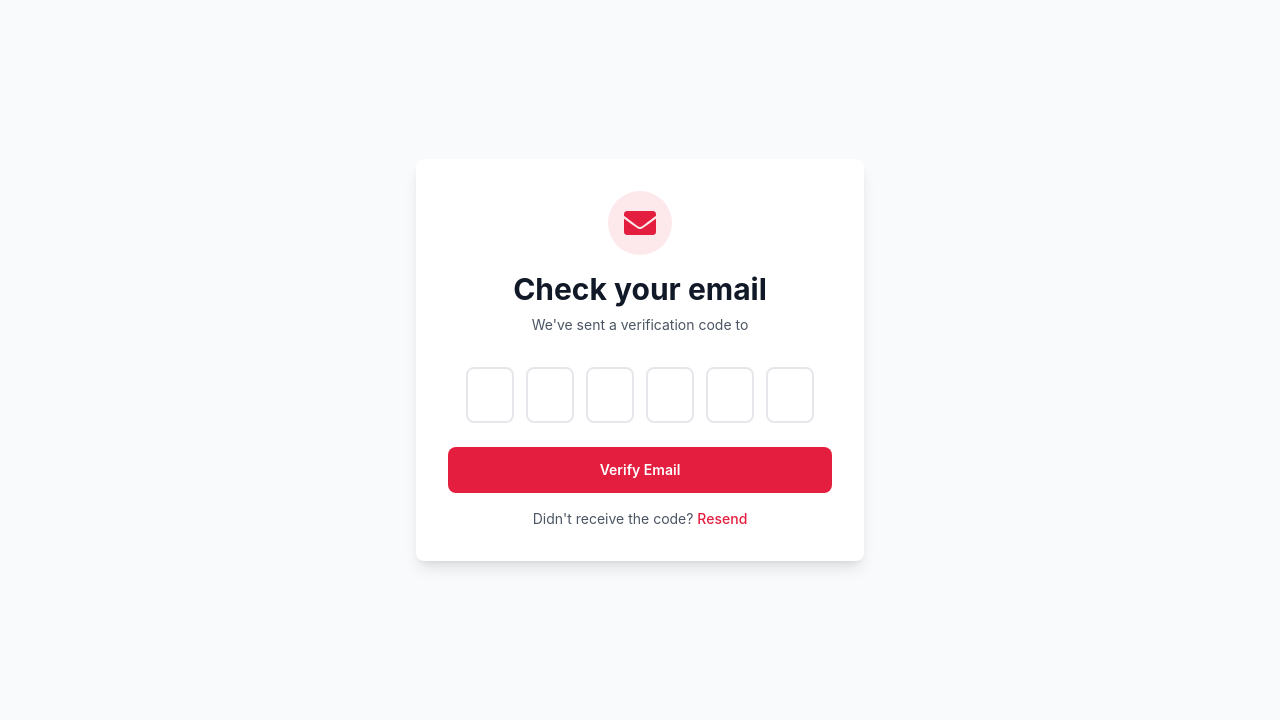
Repository: nguyenbathevien/KLTN
Page: /verify (app in FE/client/)
The author's editor kept a copy of each file at every save. The page is drawn from the files as they stood at one save, then again after a run of saves.
The browser window is 1280 px wide. The pictures show the whole page.
The project was rebuilt for these pictures with package versions that can differ from the ones it lists, and the page was loaded fresh each time. Also part of the build but not shown: FE/client/vite.config.js, FE/client/src/components/common/Header/Header.jsx, FE/client/src/components/common/Footer/Footer.jsx, FE/client/src/components/common/Layout/TeacherLayout.jsx, FE/client/src/pages/teacher/DashboardTeacher.jsx, FE/client/src/pages/teacher/CourseManagement.jsx, FE/client/src/pages/teacher/Statistics.jsx, FE/client/src/pages/teacher/Profile.jsx and 24 more.

Above is the page before, as saved 2025-03-08 08:22:44.

After the next 2 saves:
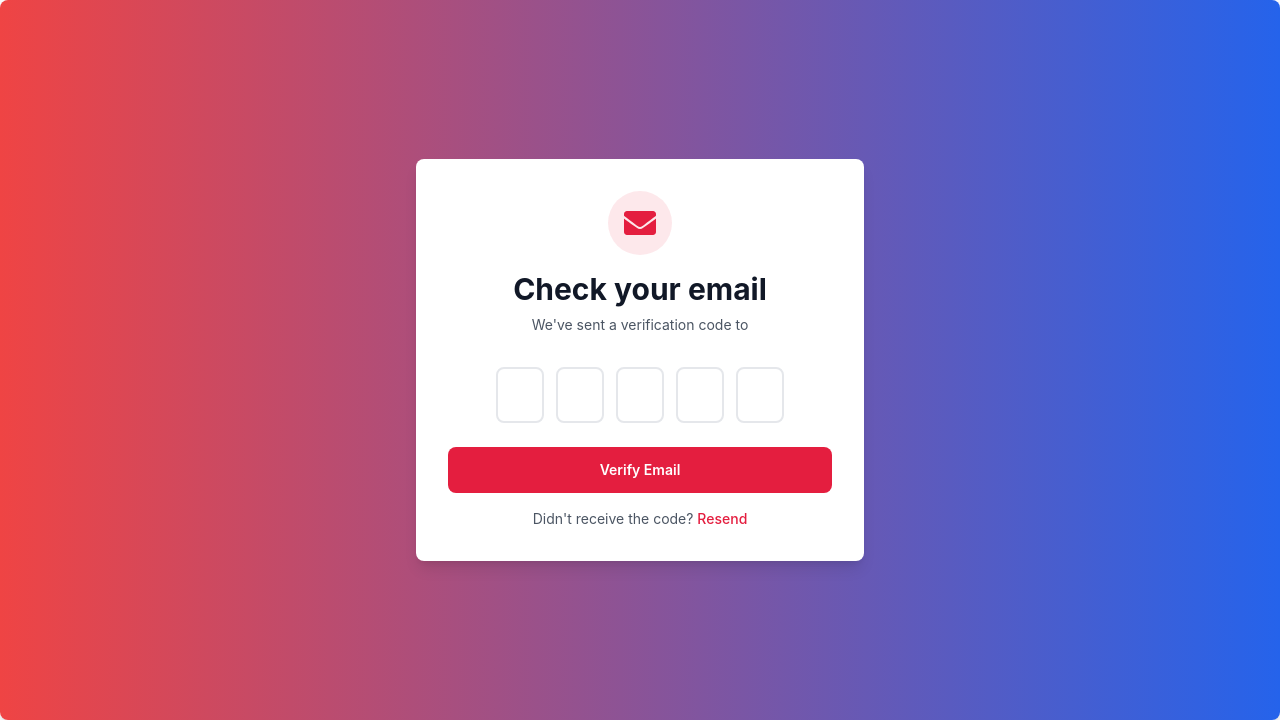
The 2 saves are shown as one change because they came seconds apart.
The last was saved 29 s later.
--- a/FE/client/src/pages/auth/Verify.jsx
+++ b/FE/client/src/pages/auth/Verify.jsx
@@ -5,7 +5,6 @@
 
 const Verify = () => {
   const [verificationCode, setVerificationCode] = useState([
-    "",
     "",
     "",
     "",
@@ -36,7 +35,7 @@
     newCode[index] = value;
     setVerificationCode(newCode);
 
-    if (value && index < 5) {
+    if (value && index < 4) {
       const nextInput = document.querySelector(
         `input[name="code-${index + 1}"]`
       );
@@ -49,11 +48,11 @@
     const pastedData = e.clipboardData
       .getData("text")
       .replace(/[^\d]/g, "")
-      .slice(0, 6);
+      .slice(0, 5);
     const newCode = [...verificationCode];
 
     for (let i = 0; i < pastedData.length; i++) {
-      if (i < 6) newCode[i] = pastedData[i];
+      if (i < 5) newCode[i] = pastedData[i];
     }
 
     setVerificationCode(newCode);
@@ -132,7 +131,7 @@
   };
 
   return (
-    <div className="min-h-screen flex items-center justify-center bg-gray-50 py-12 px-4 sm:px-6 lg:px-8">
+    <div className="min-h-screen flex items-center justify-center bg-gradient-to-r from-red-500 to-blue-600 text-white py-4 px-6 rounded-lg w-full text-lg  transition shadow-md">
       <div className="max-w-md w-full space-y-8 bg-white p-8 rounded-lg shadow-lg">
         <div className="text-center">
           <div className="mx-auto h-16 w-16 flex items-center justify-center rounded-full bg-primary/10 mb-4">

After the 5 saves that followed:
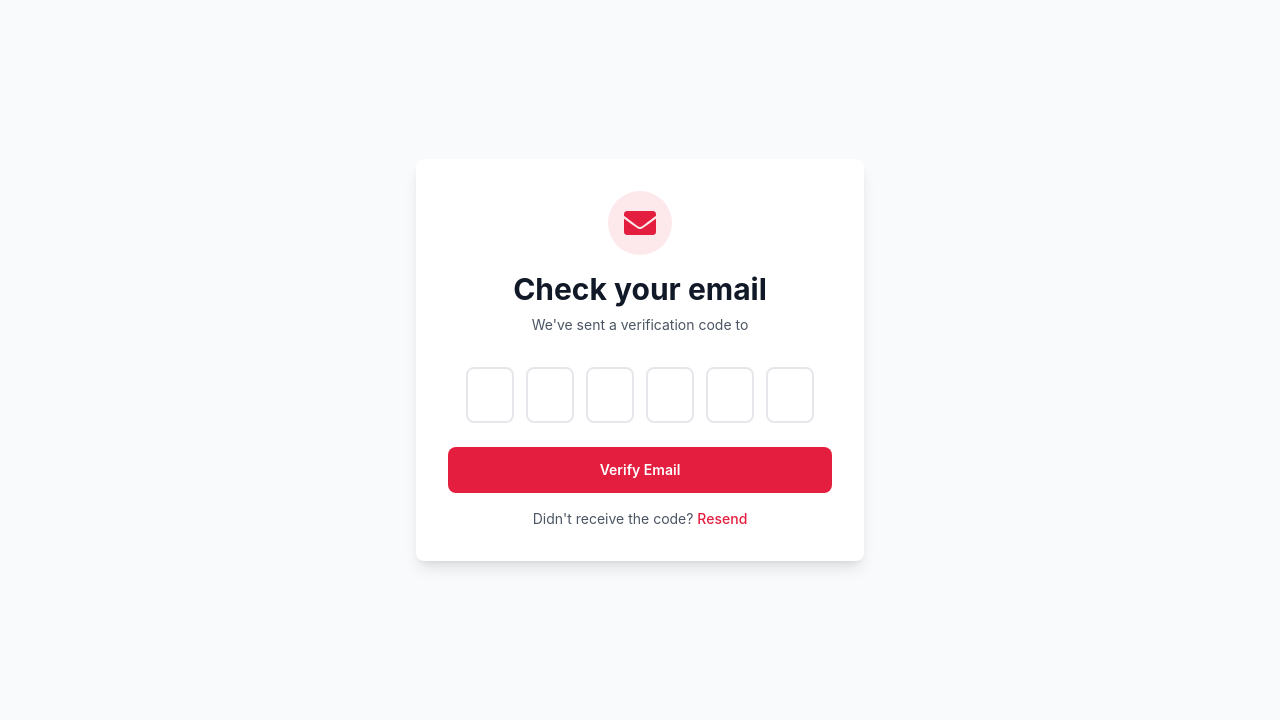
The 5 saves are shown as one change because 4 left the picture as it was.
The last was saved 11 min 26 s later.
--- a/FE/client/src/pages/auth/Verify.jsx
+++ b/FE/client/src/pages/auth/Verify.jsx
@@ -5,6 +5,7 @@
 
 const Verify = () => {
   const [verificationCode, setVerificationCode] = useState([
+    "",
     "",
     "",
     "",
@@ -35,7 +36,7 @@
     newCode[index] = value;
     setVerificationCode(newCode);
 
-    if (value && index < 4) {
+    if (value && index < 5) {
       const nextInput = document.querySelector(
         `input[name="code-${index + 1}"]`
       );
@@ -48,11 +49,11 @@
     const pastedData = e.clipboardData
       .getData("text")
       .replace(/[^\d]/g, "")
-      .slice(0, 5);
+      .slice(0, 6);
     const newCode = [...verificationCode];
 
     for (let i = 0; i < pastedData.length; i++) {
-      if (i < 5) newCode[i] = pastedData[i];
+      if (i < 6) newCode[i] = pastedData[i];
     }
 
     setVerificationCode(newCode);
@@ -71,7 +72,7 @@
     e.preventDefault();
     const code = verificationCode.join("");
 
-    if (code.length !== 5) {
+    if (code.length !== 6) {
       setError("Please enter the complete verification code");
       return;
     }
@@ -131,7 +132,7 @@
   };
 
   return (
-    <div className="min-h-screen flex items-center justify-center bg-gradient-to-r from-red-500 to-blue-600 text-white py-4 px-6 rounded-lg w-full text-lg  transition shadow-md">
+    <div className="min-h-screen flex items-center justify-center bg-gray-50 py-12 px-4 sm:px-6 lg:px-8">
       <div className="max-w-md w-full space-y-8 bg-white p-8 rounded-lg shadow-lg">
         <div className="text-center">
           <div className="mx-auto h-16 w-16 flex items-center justify-center rounded-full bg-primary/10 mb-4">
